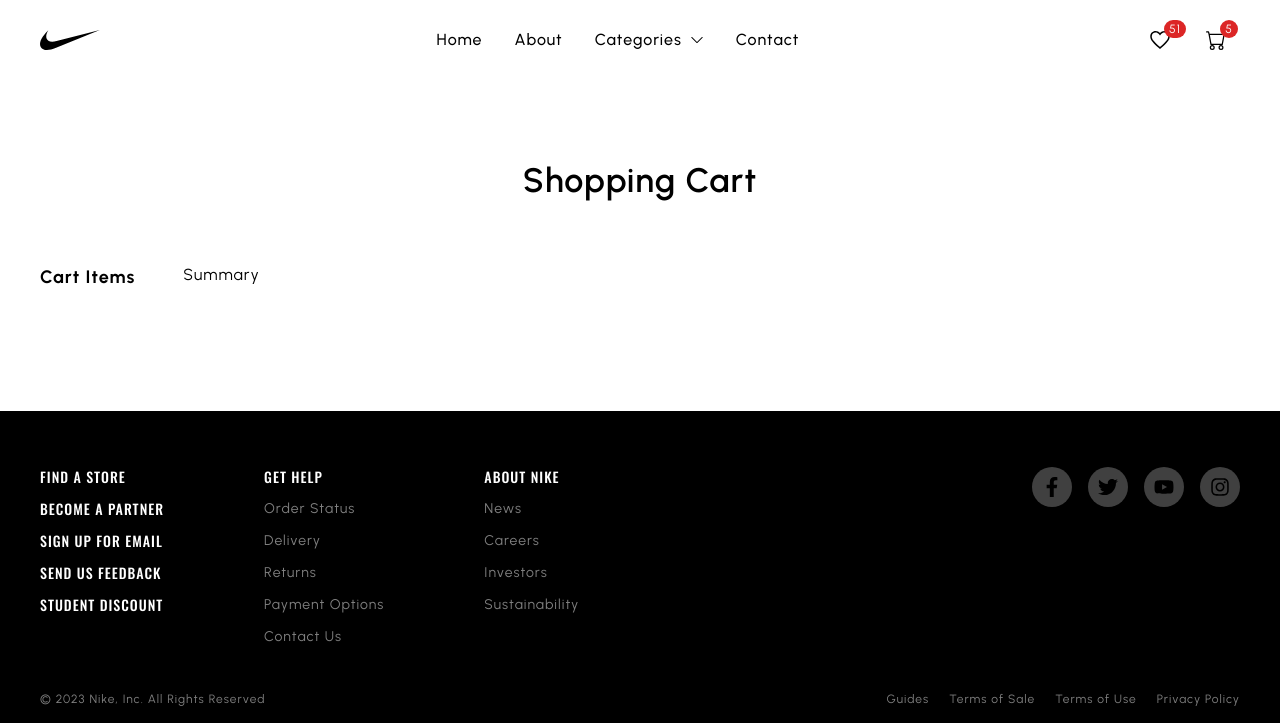
Repository: ducanhaep/shoe-store-frontend
Page: /cart
An editor plug-in stored every save of this project. The page is shown before and after the next save, followed by the edit.
The browser window is 1280 px wide. The pictures show the whole page.
The project was rebuilt for these pictures with package versions that can differ from the ones it lists, and the page was loaded fresh each time. The framework's server and built-in components were replaced by stand-ins that run in the browser. Also part of the build but not shown: next.config.js, components/MenuMobile.jsx.

Above is the page before, as saved 2023-04-12 07:00:30.

After the next save:
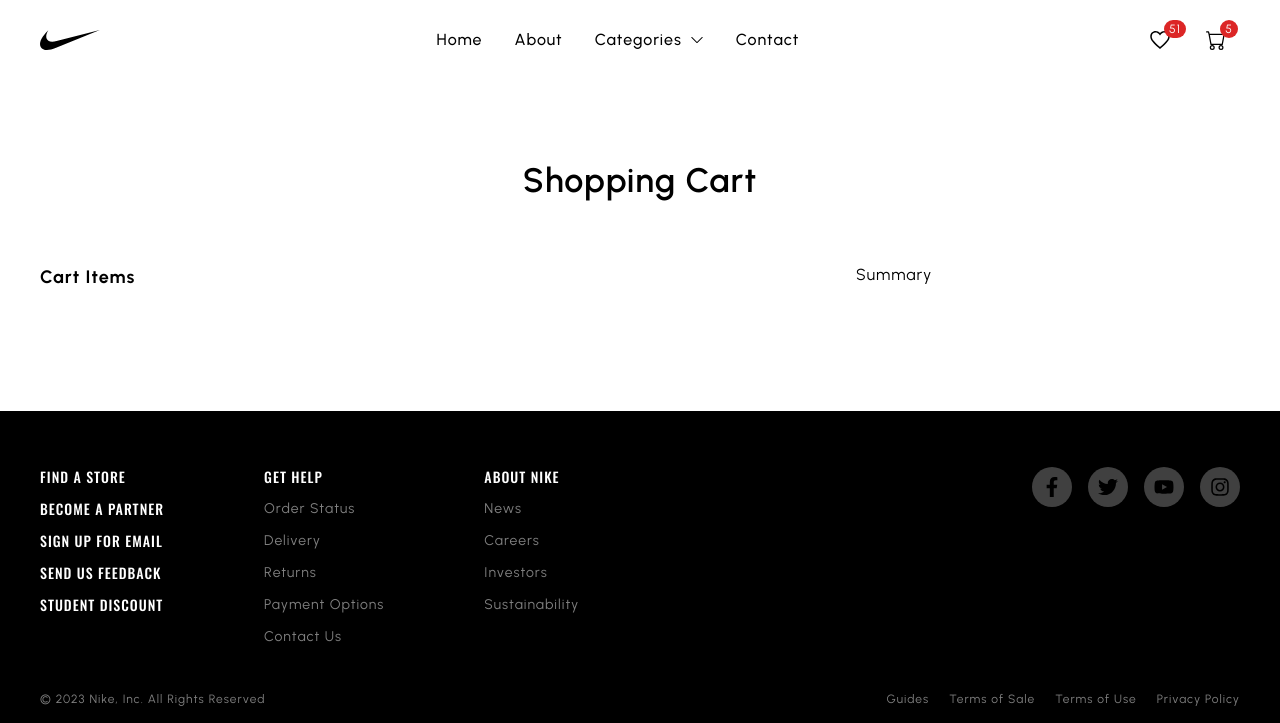
Saved 38 s later.
--- a/pages/cart.js
+++ b/pages/cart.js
@@ -12,7 +12,7 @@
 
         {/* cart content */}
         <div className="flex flex-col gap-12 py-10 lg:flex-row">
-          <div className="flex-2">
+          <div className="flex-[2]">
             <div className="text-lg font-bold">Cart Items</div>
             {/* {cartItems.map((item) => (
               <CartItem key={item.id} data={item} />
